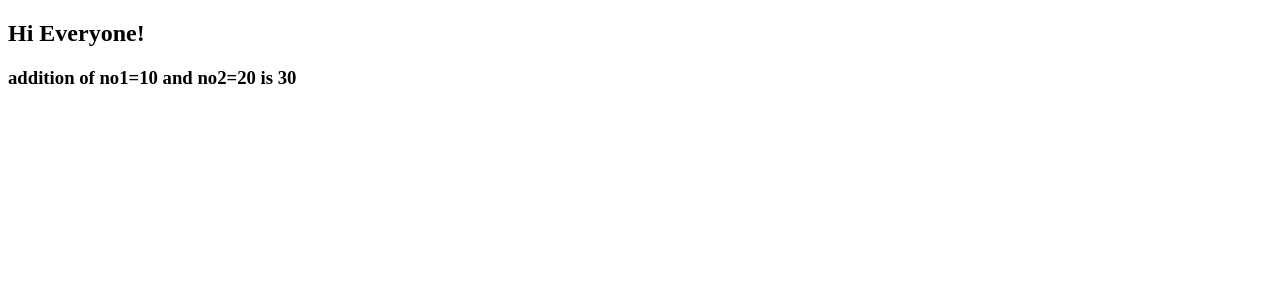
Repository: AwareSelf/JavaTrainingPublic
Page: 15Sep/webapp_1sepbatch/HtmlJSWeb/src/main/webapp/index.html
These files come from the project's save history. The page is drawn as it stood at one moment and after the next save; the edit follows.
The browser window is 1280 px wide. The pictures show the whole page.

Above is the page before, as saved 2022-09-14 07:54:29.

### 15Sep/webapp_1sepbatch/HtmlJSWeb/src/main/webapp/index.html
<!DOCTYPE html>
<html>
<head>
<meta charset="ISO-8859-1">
<title>Hi Everyone!!</title>

<!--
<script type="text/javascript">

  function func(no1,no2)
  {


    var sum = no1 +  no2;
    // alert(sum);

     return sum;
  }


</script>
 -->

 <script type="text/javascript" src="JS/add.js" ></script>

</head>
<body>

<h2>Hi Everyone!</h2>

<script type="text/javascript">


  var no1 = 10;
  var no2 = 20;
  var s = func(no1,no2);
  alert("sum is "+s);

  document.write("<h3>addition of no1="+no1+" and no2="+no2+" is "+s+"</h3>");


</script>
</body>
</html>

### 15Sep/webapp_1sepbatch/HtmlJSWeb/src/main/webapp/JS/add.js
 function func(no1,no2)
  {


    var sum = no1 +  no2;
    // alert(sum);

     return sum;
  }

After the next save:
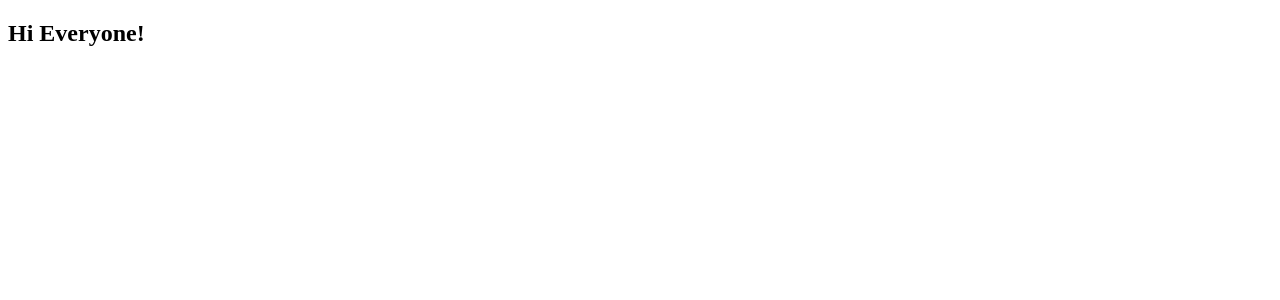
Console error: ReferenceError: func is not defined
Saved 66 s later.
--- a/15Sep/webapp_1sepbatch/HtmlJSWeb/src/main/webapp/index.html
+++ b/15Sep/webapp_1sepbatch/HtmlJSWeb/src/main/webapp/index.html
@@ -20,8 +20,7 @@
 
 </script>
  -->
-
- <script type="text/javascript" src="JS/add.js" ></script>
+ <script type="text/javascript" JS/add.js"></script>
 
 </head>
 <body>

After the 3 saves that followed:
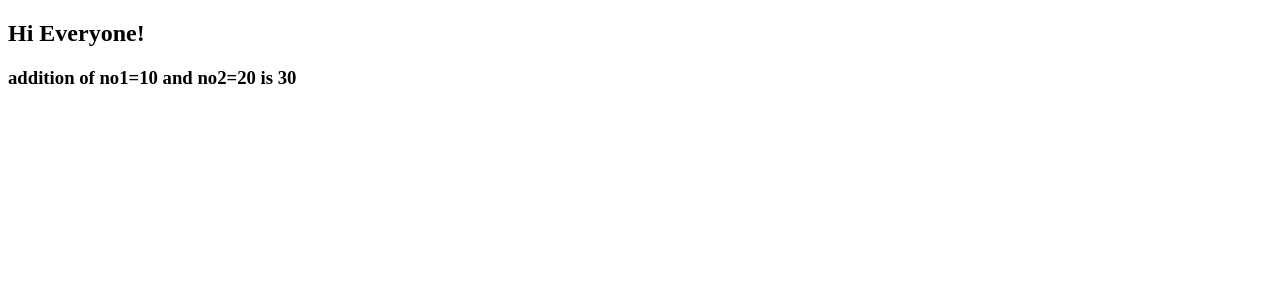
The error is gone.
The 3 saves are shown as one change because 2 left the picture as it was.
The last was saved 83 s later.
--- a/15Sep/webapp_1sepbatch/HtmlJSWeb/src/main/webapp/index.html
+++ b/15Sep/webapp_1sepbatch/HtmlJSWeb/src/main/webapp/index.html
@@ -1,10 +1,10 @@
 <!DOCTYPE html>
 <html>
 <head>
-<meta charset="ISO-8859-1">
+<meta charset="ISO-8859-1"/>
 <title>Hi Everyone!!</title>
 
-<!--
+
 <script type="text/javascript">
 
   function func(no1,no2)
@@ -19,10 +19,7 @@
 
 
 </script>
- -->
- <script type="text/javascript" JS/add.js"></script>
 
-</head>
 <body>
 
 <h2>Hi Everyone!</h2>
